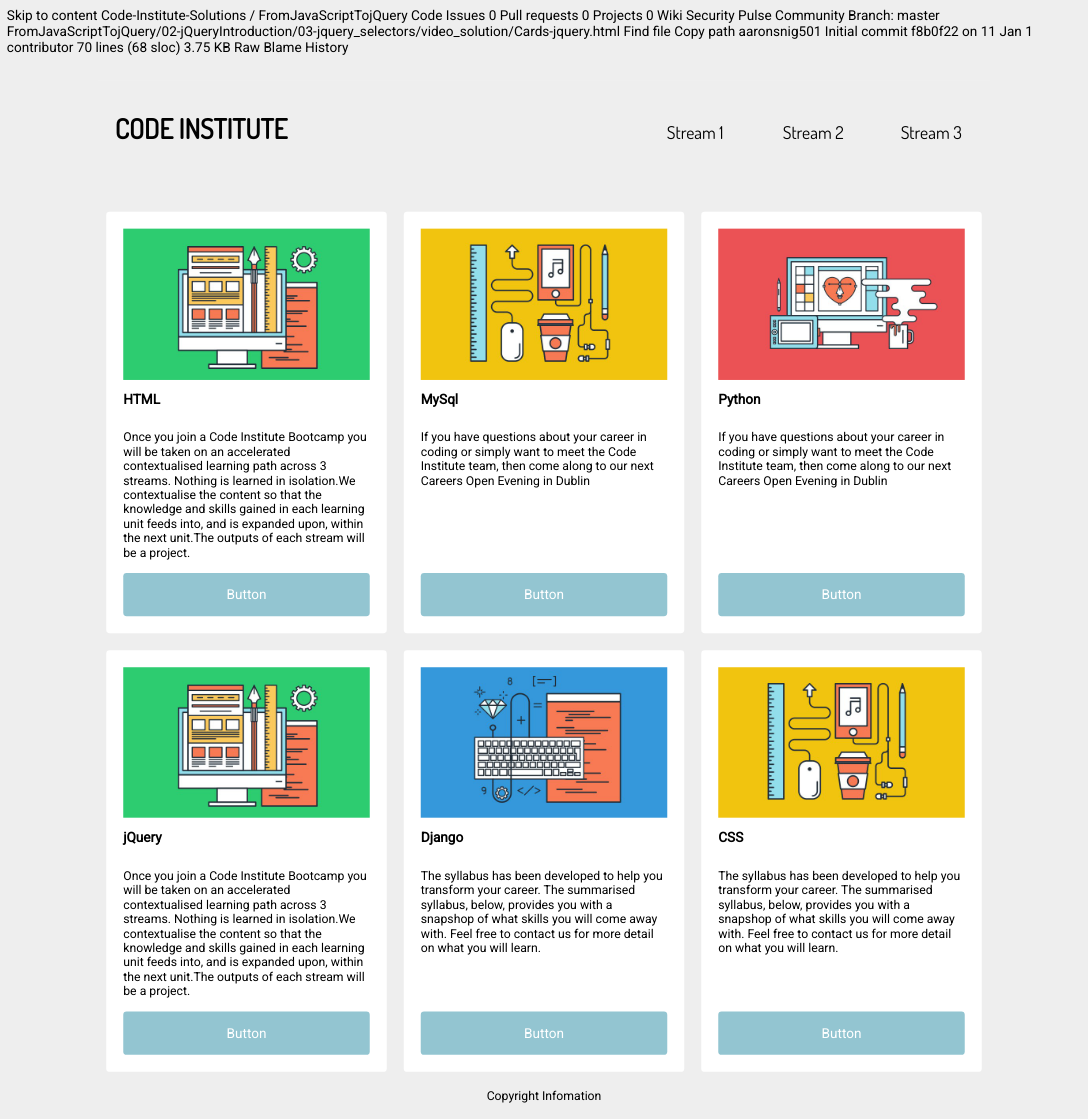
Repository: SOliv1/jquery-downloading-selectors
Page: cards-jquery.html
The author's editor kept a record of every edit. The page is drawn from the files as they stood at one moment, then again after the next edit.
The browser window is 1280 px wide. The pictures show the whole page, at 85% of full size.
Some web libraries are served in a nearby version.

Above is the page before.

After the next edit:
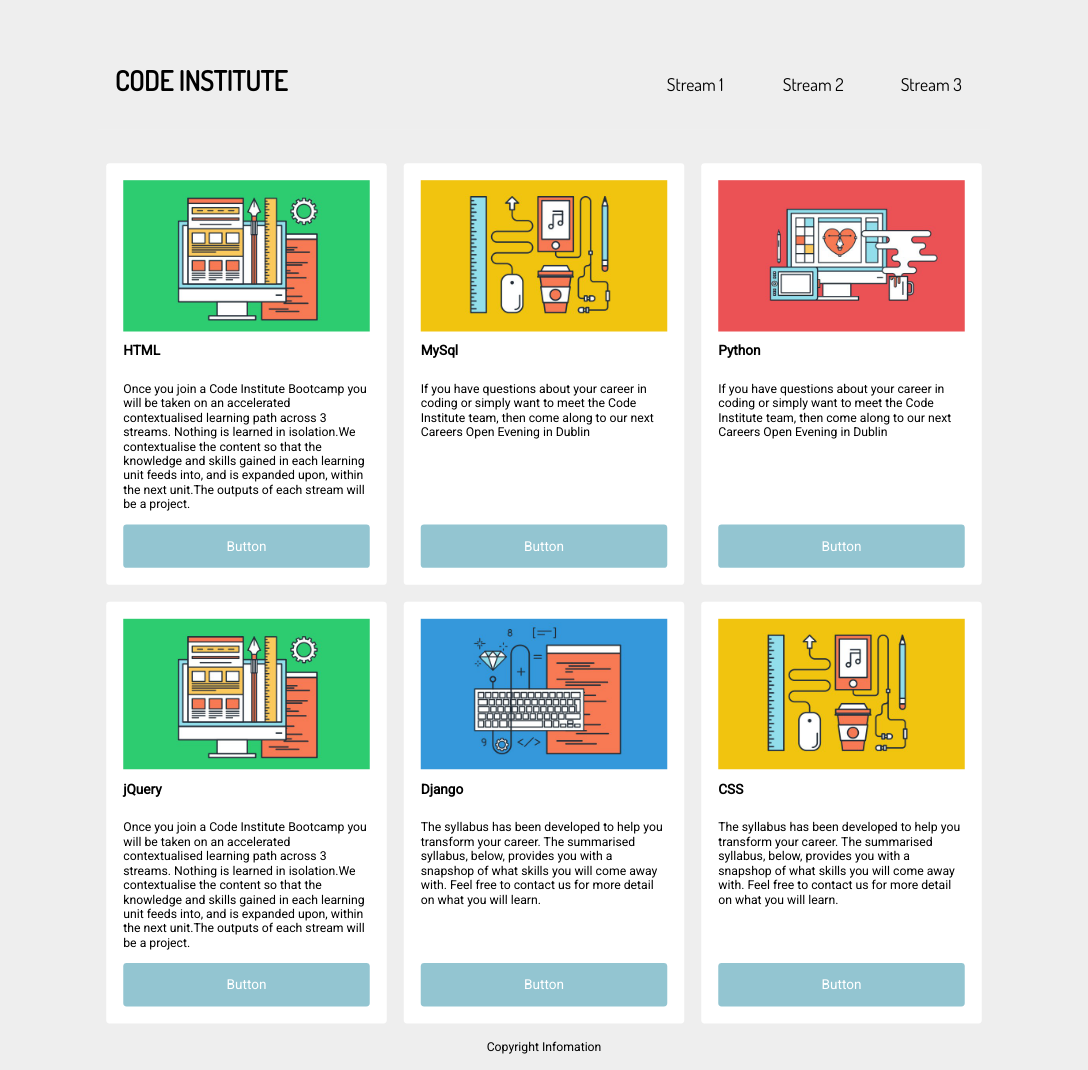
The edit:
--- a/cards-jquery.html
+++ b/cards-jquery.html
@@ -1,24 +1,3 @@
-Skip to content
-
-
-Code-Institute-Solutions / FromJavaScriptTojQuery
-
-
-
-Code Issues 0 Pull requests 0 Projects 0 Wiki Security Pulse Community
-Branch: master
-FromJavaScriptTojQuery/02-jQueryIntroduction/03-jquery_selectors/video_solution/Cards-jquery.html
-Find file
-Copy path
- aaronsnig501 Initial commit
-f8b0f22 on 11 Jan
-1 contributor
-70 lines (68 sloc) 3.75 KB
-Raw
-Blame
-History
-
-
 <!DOCTYPE html>
 
 <html lang="en">
